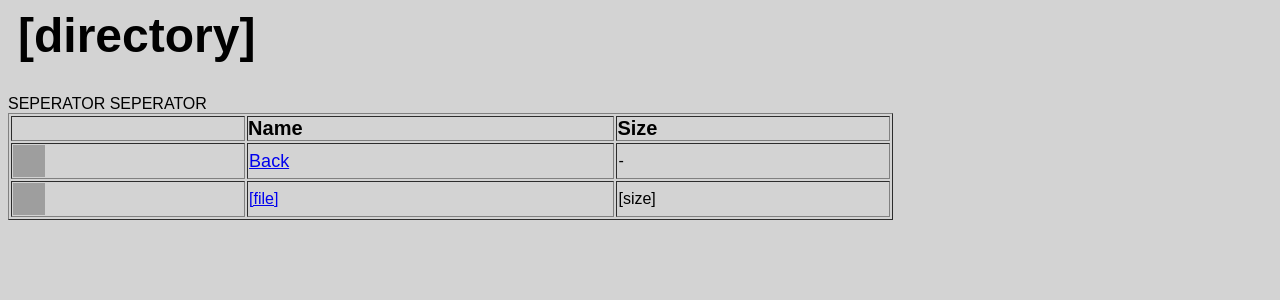
Repository: sharhar/JavaWebserver
Page: Server/res/nav.html
The author's editor kept a copy of each file at every save. The page is drawn from the files as they stood at one save, then again after the next save.
The browser window is 1280 px wide. The pictures show the whole page.
Pictures or frames that could not be fetched are drawn as grey boxes.

Above is the page before, as saved 2016-05-15 21:12:57.

### Server/res/nav.html
<html>
	<head>
		<title>
			My webserver
		</title>
		<style>
			body {
			    background-color: lightgray;
			    font-family: arial;
			}

			.header {
			    color: Black;
			    margin-left: 10px;
			    font-size: 24px;
			}

			.lable {
				font-size: 20px;
				padding: 0px;
				font-weight: bold;
			}

			.back {
				font-size: 18px;
			}
		</style>
	</head>

	<body>
		<div class="header">
			<h1>[directory]</h1>
		</div>

		<div id="body">

			<table style="width:70%" class ="nav" border="1">
				<tr>
					<td></td>
					<td class="lable">Name</td>
					<td class="lable">Size</td>
				</tr>

				<tr>
					<td><img src="[bimg]" height="32" width = "32"></td>
					<td><a href="[back]" class="back">Back</a></td>
					<td>-</td>
				</tr>
SEPERATOR
					<tr>
						<td><img src="[img]" height="32" width="32"></td>
						<td><a href="[root][file]">[file]</a></td>
						<td>[size]</td>
					</tr>
SEPERATOR
			</table>
		</div>
	</body>
</html>

After the next save:
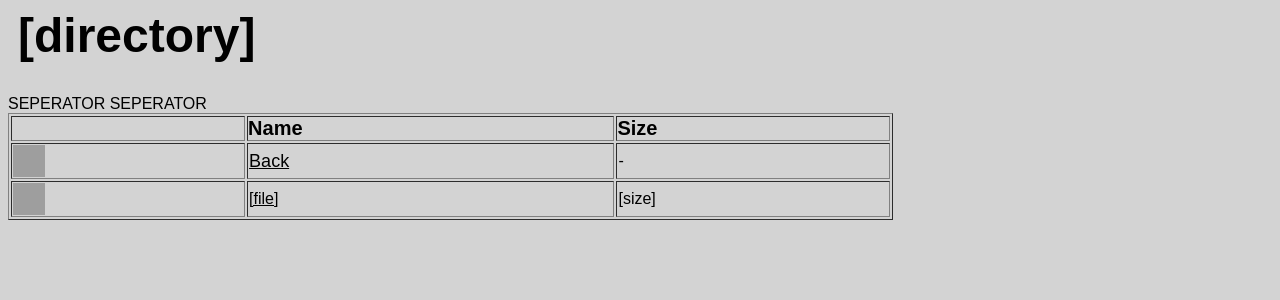
Saved 11 s later.
--- a/Server/res/nav.html
+++ b/Server/res/nav.html
@@ -23,6 +23,10 @@
 
 			.back {
 				font-size: 18px;
+			}
+
+			a {
+				color: black;
 			}
 		</style>
 	</head>
